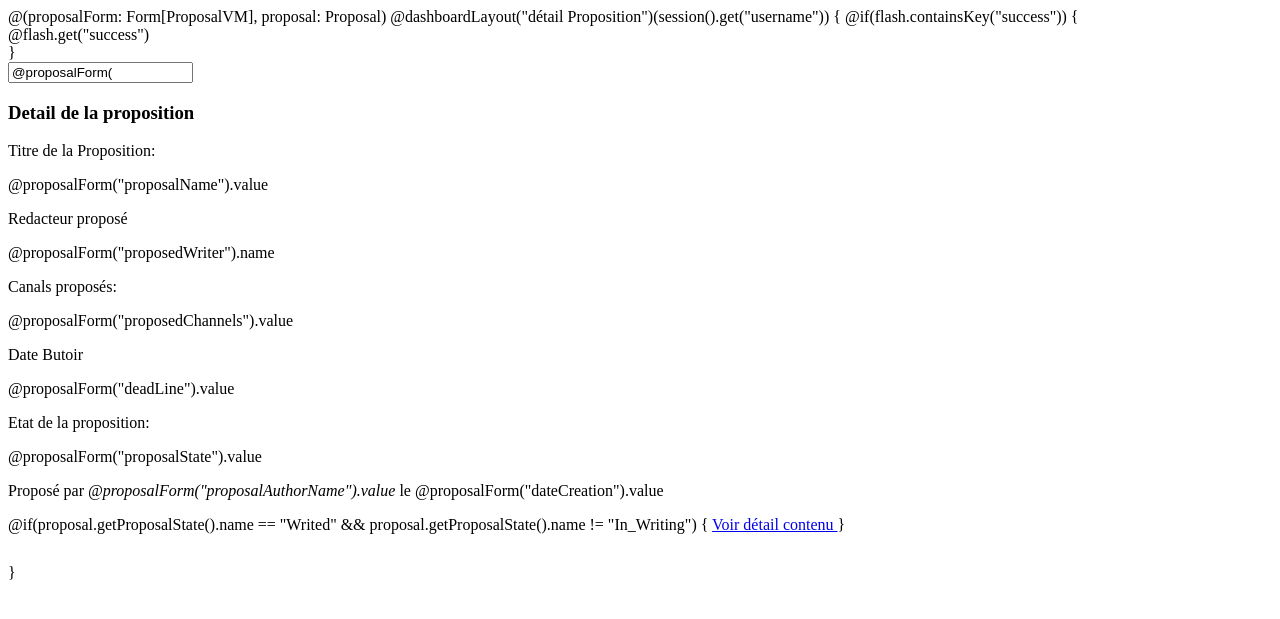
Repository: spirale-software/labo_master
Page: Application/oneDotCom/app/views/proposalDetail2.scala.html
These files come from the project's save history. The page is drawn as it stood at one moment and after the next save; the edit follows.
The browser window is 1280 px wide. The pictures show the whole page.

Above is the page before, as saved 2017-04-17 14:16:24.

### Application/oneDotCom/app/views/proposalDetail2.scala.html
@(proposalForm: Form[ProposalVM], proposal: Proposal)

@dashboardLayout("détail Proposition")(session().get("username")) {
	<meta content="text/html; charset=UTF-8" http-equiv="Content-Type">

	@if(flash.containsKey("success")) {
		<div class="alert alert-success" role="alert"> @flash.get("success") </div>
	}

	<form action="@routes.ProposalController.editProposalAction()" method="post" id="formId">

		 <input type="text" class="hidden" value="@proposalForm("idProposal").value"  name="@proposalForm("idProposal").name" >

	 <div class="panel panel-default detail-proposal-style">
                <div class="panel-heading">
                    <h3 class="panel-title">Detail de la proposition</h3>
                </div>
                <div class="panel-body">
                    <div class="panel panel-default" style="margin-top: 10px">
                        <div class="panel-body">
                            <p class="col-lg-3 col-md-3 ">Titre de la Proposition: </p>
                            <p>@proposalForm("proposalName").value</p>
                        </div>
                    </div>

                    <div class="panel panel-default">
                        <div class="panel-body">

                        	<p class="col-lg-3 col-md-3 ">Redacteur proposé </p>
                        	<p>@proposalForm("proposedWriter").name</p>

                        </div>
                    </div>


                    <div class="panel panel-default">
                        	<p class="col-lg-3 col-md-3 ">Canals proposés: </p>
                        	<p>@proposalForm("proposedChannels").value</p>
                        </div>
                    </div>

                    <div class="panel panel-default">
                        <div class="panel-body">
                            <p class="col-lg-3 col-md-3 ">Date Butoir </p>
                            <p>@proposalForm("deadLine").value</p>
                        </div>
                    </div>

                    <div class="panel panel-default">
                        <div class="panel-body">
                            <p class="col-lg-3 col-md-3 ">Etat de la proposition: </p>
                            <p class="col-lg-9 col-md-9">@proposalForm("proposalState").value</p>
                        </div>
                    </div>

                    <div class="panel panel-default">
                        <div class="panel-body">
                            <p>Proposé par <em class="text-primary">@proposalForm("proposalAuthorName").value</em>
                             	le @proposalForm("dateCreation").value</p>
                        </div>
                    </div>

                    <div style="margin-bottom: 30px">
						@if(proposal.getProposalState().name == "Writed" && proposal.getProposalState().name != "In_Writing") {
		                     <a href="@routes.ProposalContentController.detailPropContAction(proposal.getIdProposal())" class="btn btn-primary" >
		                		Voir détail contenu
		                	 </a>
	                	}

                    </div>
                </div>
            </form>
}

After the next save:
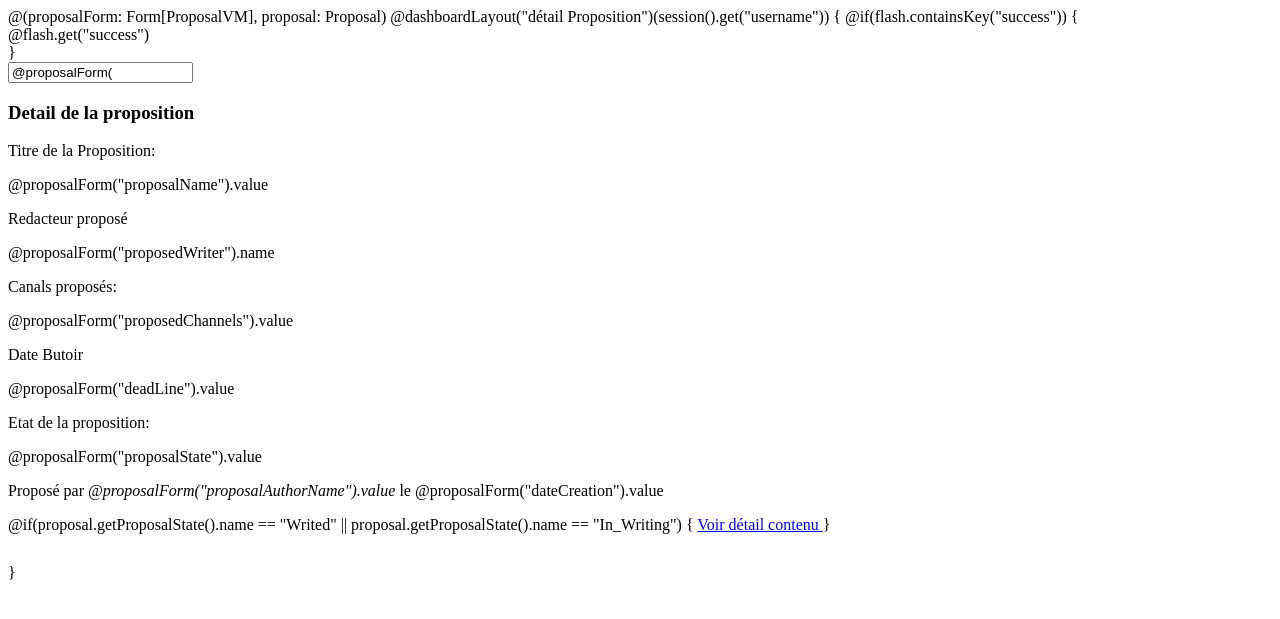
Saved 9 s later.
--- a/Application/oneDotCom/app/views/proposalDetail2.scala.html
+++ b/Application/oneDotCom/app/views/proposalDetail2.scala.html
@@ -61,7 +61,7 @@
                     </div>
 
                     <div style="margin-bottom: 30px">
-						@if(proposal.getProposalState().name == "Writed" && proposal.getProposalState().name != "In_Writing") {
+						@if(proposal.getProposalState().name == "Writed" || proposal.getProposalState().name == "In_Writing") {
 		                     <a href="@routes.ProposalContentController.detailPropContAction(proposal.getIdProposal())" class="btn btn-primary" >
 		                		Voir détail contenu
 		                	 </a>
